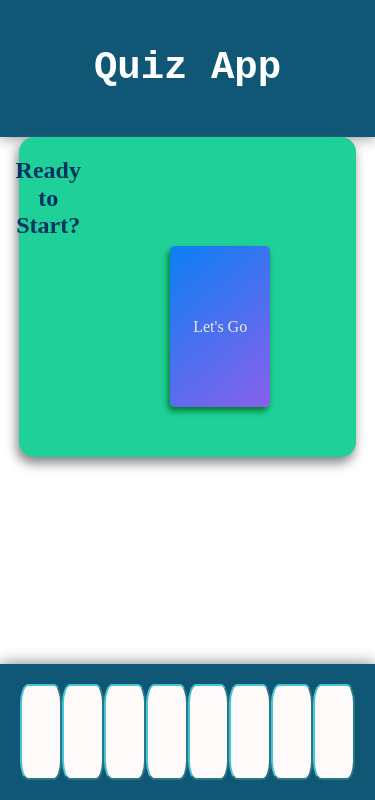
Repository: tpic12/quiz_app
Page: index.html
An editor plug-in stored every save of this project. The page is shown before and after the next save, followed by the edit.
The browser window is 375 px wide. The pictures show the whole page.

Above is the page before, as saved 2019-12-28 15:07:24.

### index.html
<!DOCTYPE html>
<html lang="en">

<head>
  <meta charset="UTF-8">
  <meta name="viewport" content="width=device-width, initial-scale=1.0">
  <meta http-equiv="X-UA-Compatible" content="ie=edge">
  <title>Quiz App</title>
  <link href="https://cdnjs.cloudflare.com/ajax/libs/normalize/8.0.1/normalize.min.css" rel="stylesheet"
    type="text/css" />
  <link href="app.css" rel="stylesheet" type="text/css" />
</head>

<body>
  <header>
    <section class='banner'>
      <h1>Quiz App</h1>
    </section>
  </header>
  <main class='display'>

  </main>
  <footer>
    <section class='counts'>
        <div class='count 0'></div>
        <div class='count 1'></div>
        <div class='count 2'></div>
        <div class='count 3'></div>
        <div class='count 4'></div>
        <div class='count 5'></div>
        <div class='count 6'></div>
        <div class='count 7'></div>
    </section>
  </footer>
  <script src="https://code.jquery.com/jquery-3.4.1.slim.js" crossorigin="anonymous"></script>
  <script src="app.js"></script>
</body>

</html>

### app.css
/* Your styles should be mobile-first and responsive */

/**
  * If you are unclear on how to utilize a mobile-first, responsive technique to write your CSS, here is an example:
  *
  * https://github.com/andreacardybailey/responsive_example/blob/master/styles/responsive-base.css
  *
*/
* {
  box-sizing: border-box;
  margin: 0 auto;
}

.banner h1 {
  font-family: monospace;
  font-size: 3em;
}

.banner,
footer {
  color: white;
  font-family: monospace;
  padding: 20px;
  width: 100%;
  text-align: center;
  background-color: hsl(198, 76%, 26%);
  box-shadow: 0px 0px 15px grey;
  border-bottom: none;
  left: 0;
}

.main_card {
  display: flex;
  min-width: 40vw;
  min-height: 40vh;
  text-align: center;
  justify-content: center;
  align-content: space-around;
  background-color: hsl(161, 74%, 47%);
  border-radius: 15px;
  padding: 20px;
  border: none;
  box-shadow: -2px 6px 12px grey;
}

button {
  margin: 30%;
  margin-bottom: 10%;
  color: hsl(0, 7%, 92%);
  background: linear-gradient(140deg, hsl(210, 91%, 50%), hsl(258, 78%, 65%));
  border: none;
  max-width: 130px;
  min-width: 100px;
  border-radius: 5px;
  padding: 15px;
  box-shadow: -2px 4px 6px hsl(142, 98%, 24%);
}

.main_card > form#qForm {
  display: flex;
  flex-flow: row nowrap;
  justify-content: center;
  text-align: center;
}
/*
.mid-card {
  display: flex;
  flex-flow: column wrap;
  margin: auto;
  margin-top: 100px;
  max-width: 400px;
  min-width: 200px;
  text-align: center;
  align-items: center;
  background-color: hsl(161, 74%, 47%);
  border-radius: 15px;
  padding: 20px;
  border: none;
  box-shadow: -2px 6px 12px grey;
}
*/
.main_card > h2 {
  justify-self: center;
  font-weight: bolder;
  color: hsl(210, 90%, 20%);
}

input {
  margin: 5px 20px;
}

footer {
  position: fixed;
  bottom: 0;
  left: 0;
  max-height: 20vh;
}

.counts {
  display: flex;
  justify-content: space-evenly;
}

.count {
  border: 2px outset hsl(186, 63%, 55%);
  font-family: 'Gill Sans', 'Gill Sans MT', Calibri, 'Trebuchet MS', sans-serif;
  border-radius: 20%;
  flex-direction: row;
  width: 12vw;
  height: 12vh;
  background-color: hsl(0, 100%, 99%);
  padding: 15px;
  -webkit-border-radius: 20%;
  -moz-border-radius: 20%;
  -ms-border-radius: 20%;
  -o-border-radius: 20%;
}

h1 {
  font-family: sans-serif;
}

.green {
  background-color: green !important;
}

.red {
  background-color: red !important;
}

#snackbar > p {
  visibility: hidden;
  min-width: 15vw;

  color: #fff;
  text-align: center;
  align-content: flex-start;
  padding: 5px;
  position: absolute;
  z-index: 1;
  left: ;
  top: -30px;
}

#snackbar.show {
  visibility: visible;
  /-webkit-animation: fadein 0.5s, fadeout 0.5s 2.5s;
  animation: fadein 0.5s, fadeout 0.5s 2.5s;
}

@media screen and (max-width: 450px) {
  .main_card {
    max-width: 90vw;
  }

  section.main_card > form > input,
  section.main_card > form > label {
    display: block;
  }
}

### app.js
/**
 * Example store structure
 */
'use strict';

const STORE = {
  // 5 or more questions are required
  questions: [
    {
      question: 'How many items in a bakers dozen??',
      answers: ['11', '12', '13', '3'],
      correctAnswer: '13'
    },
    {
      question: 'What month is Oktoberfest held?',
      answers: ['September', 'October', 'Every Month', 'August'],
      correctAnswer: 'September'
    },
    {
      question: 'What color is an Orange Blossom?',
      answers: ['Red', 'Orange', 'Pink', 'White'],
      correctAnswer: 'White'
    },
    {
      question: 'Where did the Panama Hat originate?',
      answers: ['Ecuador', 'Panama', 'China', 'Cuba'],
      correctAnswer: 'Ecuador'
    },
    {
      question: 'What are toy marbles made from?',
      answers: ['Plastic', 'Quartz', 'Diamond', 'Glass'],
      correctAnswer: 'Glass'
    },
    {
      question: 'How many gallons are in a ten-gallon hat?',
      answers: [
        'Half a Gallon',
        'Ten-Gallons',
        'Three-Fourths of a Gallon',
        'Give-Gallon'
      ],
      correctAnswer: 'Three-Fourths of a Gallon'
    },
    {
      question: 'What is the biggest animal to ever live?',
      answers: ['Mammoth', 'T-Rex', 'Blue Whale', 'Brontosaurus'],
      correctAnswer: 'Blue Whale'
    },
    {
      question: 'Where is the red-bellied woodpecker predominately red?',
      answers: ['Head', 'Wings', 'Feet', 'Belly'],
      correctAnswer: 'Head'
    }
  ],
  questionNumber: 0,
  score: 0,
  quizStart: false
};

/**
 *
 * Your app should include a render() function, that regenerates
 * the view each time the store is updated. See your course
 * material, consult your instructor, and reference the slides
 * for more details.
 *
 * NO additional HTML elements should be added to the index.html file.
 *
 * You may add attributes (classes, ids, etc) to the existing HTML elements, or link stylesheets or additional scripts if necessary
 *
 */

/**
 * This function renders the quiz after you start, ...
 * answer a question, or restart the quiz
 */
function renderStartQuiz() {
  const mainCard = `<section class="main_card">
      <h2>Ready to Start?</h2>
      <button type='submit' id='start_quiz'>Let's Go</button>
    </section>`;

  $('.display').html(mainCard);

  $('.display').on('click', '#start_quiz', function(event) {
    event.preventDefault();
    STORE.quizStart = true;
    $('.main_card')
      .children()
      .remove();
    handleQuiz();
  });
}
/**
 * renders question one at a time depending on question number
 */
function renderQuestion() {
  if (
    STORE.questionNumber === STORE.questions.length &&
    STORE.questionNumber > 1
  ) {
    renderResults();
  } else {
    const qCard = `<h2>${STORE.questions[STORE.questionNumber].question}</h2>
    <form id="qForm">
        <input type='radio' name='answer' id='q1' value="${
          STORE.questions[STORE.questionNumber].answers[0]
        }"/><label for='q1' id='0'>${
      STORE.questions[STORE.questionNumber].answers[0]
    }</label>
        <input type='radio' name='answer' id='q2' value="${
          STORE.questions[STORE.questionNumber].answers[1]
        }"/><label for='q2' id='1'>${
      STORE.questions[STORE.questionNumber].answers[1]
    }</label><br>
        <input type='radio' name='answer' id='q3' value="${
          STORE.questions[STORE.questionNumber].answers[2]
        }"/><label for='q3' id='2'>${
      STORE.questions[STORE.questionNumber].answers[2]
    }</label>
        <input type='radio' name='answer' id='q4' value="${
          STORE.questions[STORE.questionNumber].answers[3]
        }"/><label for='q4' id='3'>${
      STORE.questions[STORE.questionNumber].answers[3]
    }</label><br>
    </form>
    <button type='submit' id='submit_answer'>Final Answer</button>`;

    $('.main_card').html(qCard);
    $('input:checked').on('su');
    $('.main_card').on('click', '#submit_answer', function(event) {
      event.preventDefault();
      checkAnswer();
      //original next question spot

      $('.main_card')
        .children()
        .remove();

      handleQuiz();
    });
  }
}
/**
 * renders results page

 */

function generateResults(finalScore, numberOfQuestions) {
  return `<h2>You scored ${finalScore} out of ${numberOfQuestions}!</h2><button id='restart'>Restart Quiz</button>`;
}

/* Render results element with button that restarts the quiz*/
function renderResults() {
  let score = STORE.score;
  let num = STORE.questionNumber;

  $('.main_card').html(generateResults(score, num));
  $('#restart').click(function(event) {
    event.preventDefault();
    console.log('Restarting Quiz');

    STORE.questionNumber = 0;
    STORE.score = 0;
    $('.count')
      .removeClass('snackbar')
      .removeClass('red')
      .removeClass('green')
      .removeClass('show')
      .text('');
    renderStartQuiz();
  });
}

/**
 * this function checks the correctnes of the answer
 */
function checkAnswer() {
  let form = document.getElementById('qForm');
  let ans = form['answer'];
  for (let i = 0; i < ans.length; i++) {
    //is a button checked
    if (ans[i].checked) {
      //compare value of ans[i] to correct answer
      if (
        ans[i].value === STORE.questions[STORE.questionNumber].correctAnswer
      ) {
        scoreKeeper(true);
      } else {
        scoreKeeper(false);
      }
    }
  }
}

function generateAnswerSnackbar(questionAnswer) {
  return `<div class=.${STORE.questionNumber}>
              <p>Sorry, the correct answer is ${questionAnswer}</p>
          </div>`;
}

function scoreKeeper(bool) {
  if (bool === true) {
    console.log('plus 1 point');
    STORE.score++;
    $(`.${STORE.questionNumber}`)
      .addClass('green')
      .addClass('snackbar')
      .html(`<p>Correct!</p>`);
    $('section.main_card');
    console.log('next q!');
    STORE.questionNumber++;
  }
  if (bool === false) {
    console.log('no points for you');
    $(`.${STORE.questionNumber}`)
      .addClass('red')
      .addClass('snackbar')
      .html(
        generateAnswerSnackbar(
          STORE.questions[STORE.questionNumber].correctAnswer
        )
      );
    console.log('next q!');
    STORE.questionNumber++;
  }
}

function handleQuiz() {
  if (STORE.quizStart === false) {
    renderStartQuiz();
  } else {
    renderQuestion();
  }
}

$(handleQuiz);

After the next save:
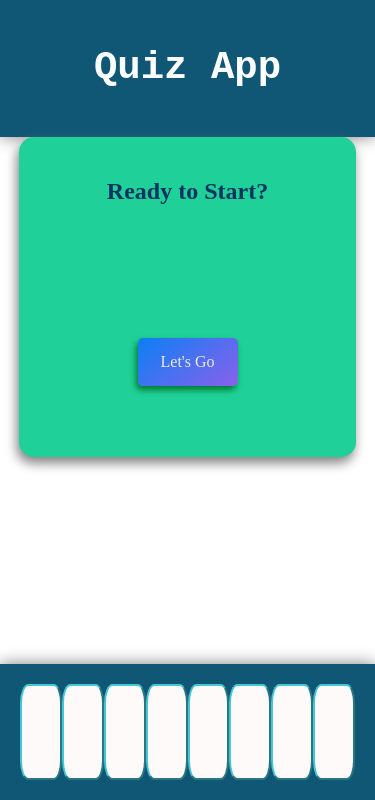
Saved 42 s later.
--- a/app.css
+++ b/app.css
@@ -150,6 +150,7 @@ h1 {
 
 @media screen and (max-width: 450px) {
   .main_card {
+    flex-flow: row wrap;
     max-width: 90vw;
   }
 
